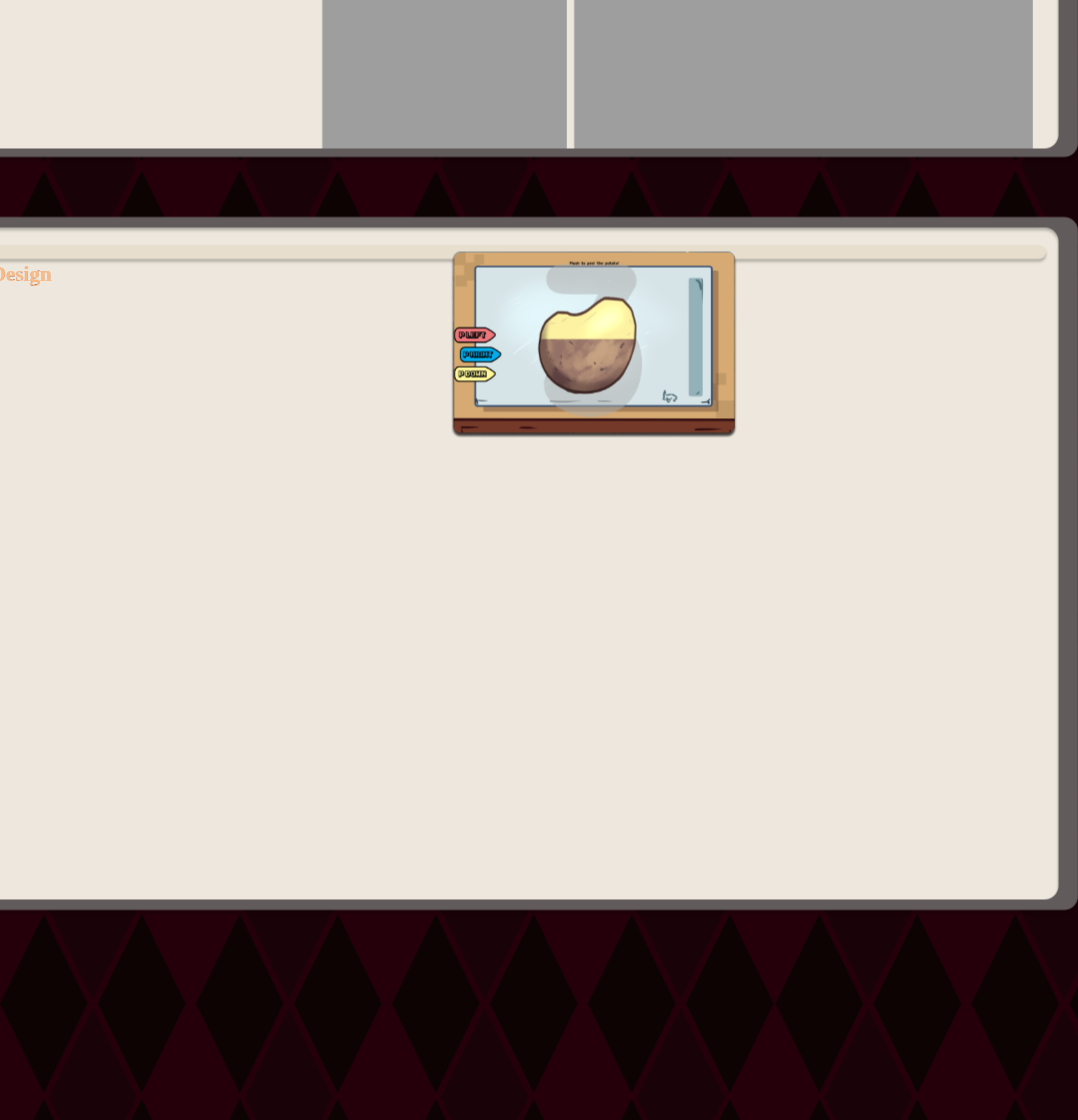
Repository: EMP-ChristinaC/Portfolio
Page: projects/potato-shuffle/potato.html
An editor plug-in stored every save of this project. The page is shown before and after a run of saves, followed by the edit.
The browser window is 1280 px wide. The page is 1540 px wide, so the pictures cover 1540 px, including what lies to the right of the window. The pictures show the part of the page from y = 2427 to 4027 px (the page is 4978 px tall), at 70% of full size.
Pictures or frames that could not be fetched are drawn as grey boxes. Some web fonts or font styles are not loaded; a fallback is used.

Above is the page before, as saved 2024-12-09 13:41:16.

After the next 2 saves:
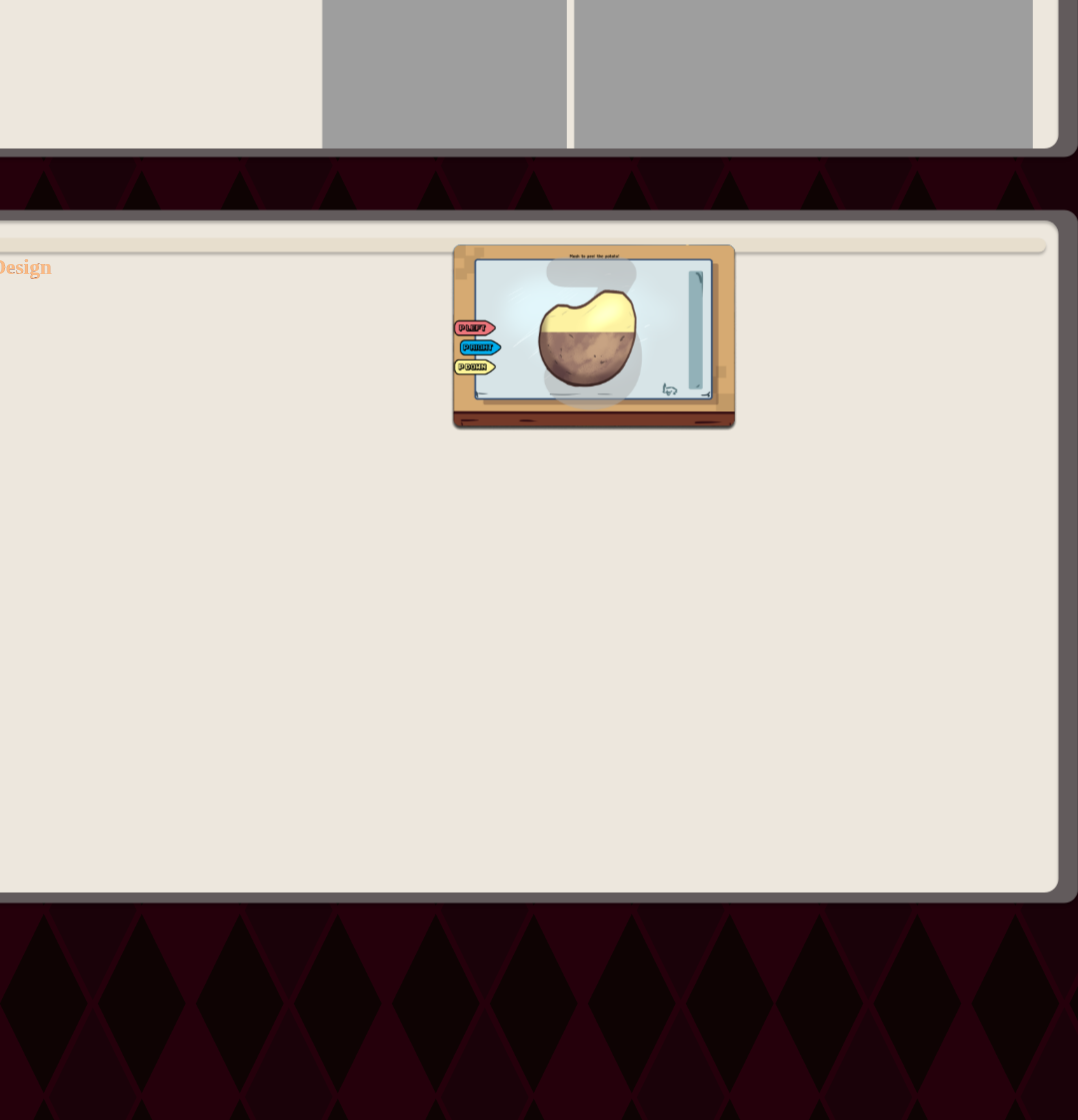
The 2 saves are shown as one change because they came seconds apart.
The last was saved 7 s later.
--- a/projects/potato-shuffle/potato.css
+++ b/projects/potato-shuffle/potato.css
@@ -46,7 +46,7 @@
     position: absolute;
     top: 50%;
     left: 50%;
-    transform: translate(-50%, 1340px);
+    transform: translate(-50%, 1330px);
 }
 
 
